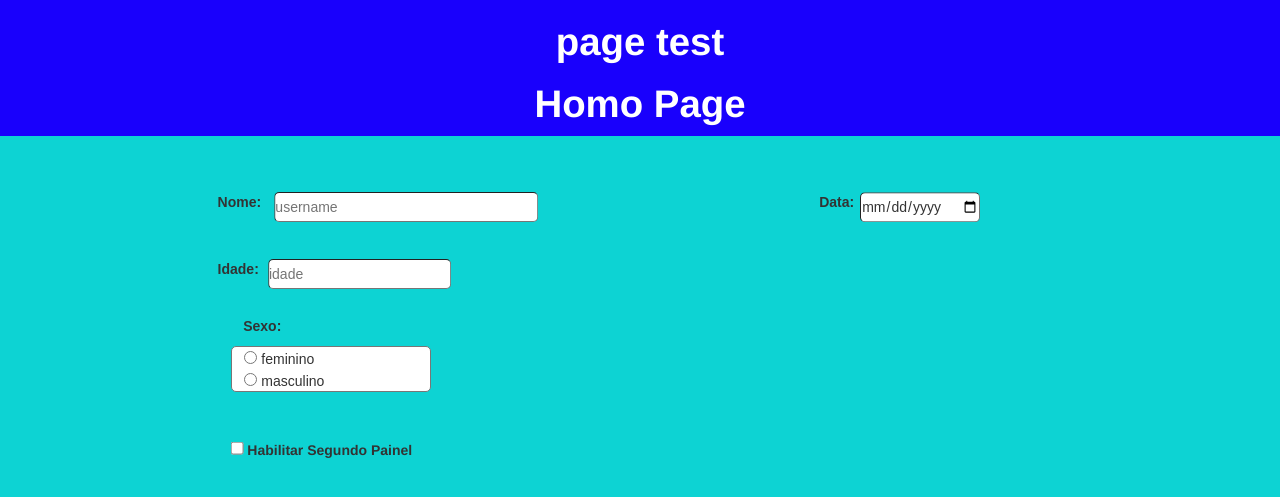
Repository: josceno/inital-page
Page: index.html
The author's editor kept a copy of each file at every save. The page is drawn from the files as they stood at one save, then again after the next save.
The browser window is 1280 px wide. The pictures show the whole page.
Some web libraries are served in a nearby version.

Above is the page before, as saved 2022-02-21 09:44:28.
Console error: TypeError: Cannot read properties of null (reading 'innerHTML')

After the next save:
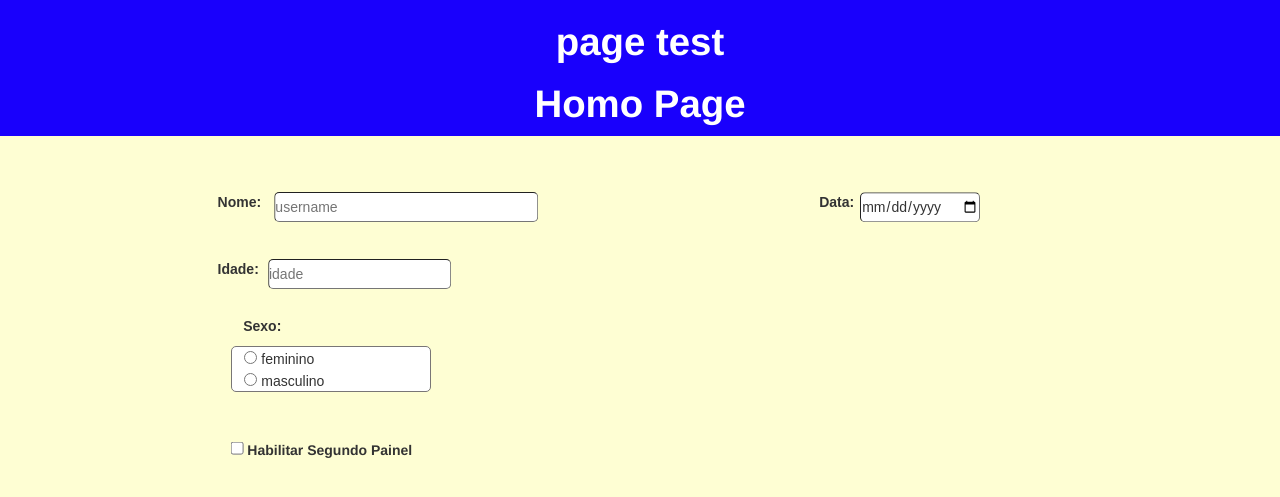
Saved 48 s later.
--- a/style.css
+++ b/style.css
@@ -10,7 +10,7 @@ body{
   max-width: 130.3px;
   margin: 20 auto;
   height: 700px;
-  background-color:rgb(13, 211, 211);
+  background-color:rgb(254, 254, 211);
 }
 
 .content-wrap {
